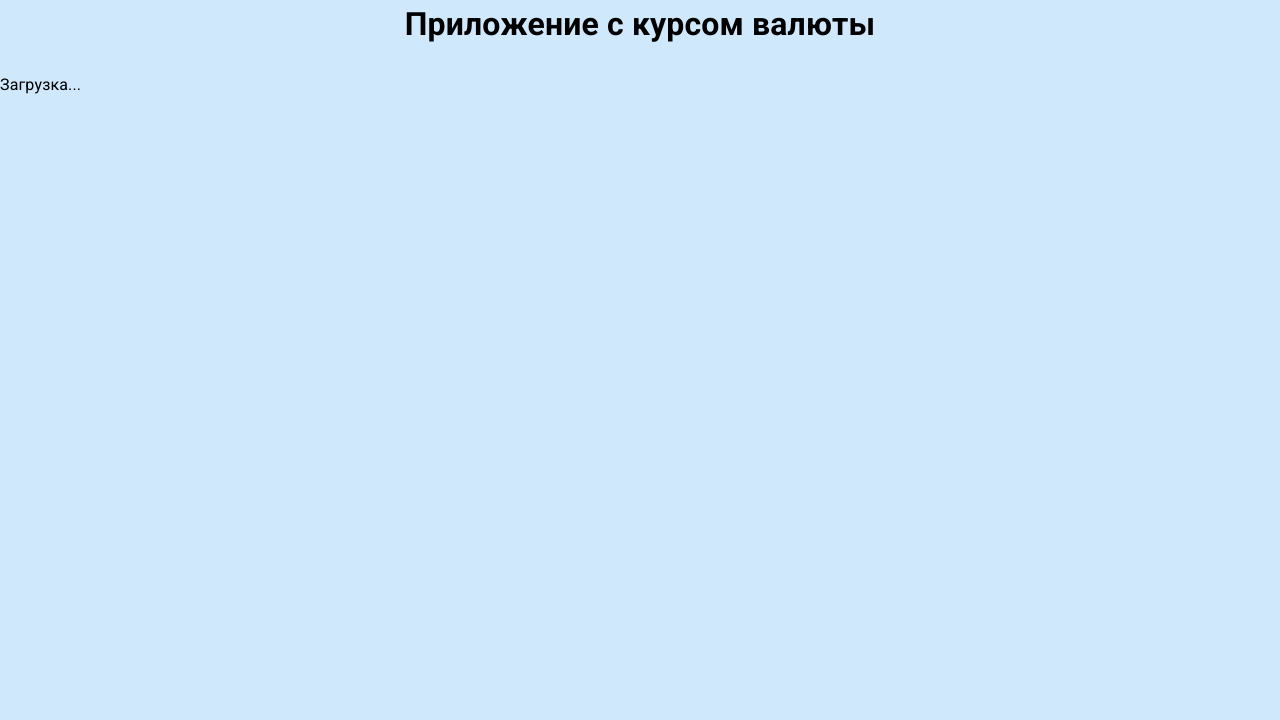
Repository: XaVi7777/mchs-test
Page: / (app in front-end/)
The author's editor kept a copy of each file at every save. The page is drawn from the files as they stood at one save, then again after the next save.
The browser window is 1280 px wide. The pictures show the whole page.
The page's requests for data from a server got no answer. The project was rebuilt for these pictures with package versions that can differ from the ones it lists, and the page was loaded fresh each time. No one was signed in, and anything a server would have sent is missing.

Above is the page before, as saved 2020-08-13 20:05:01.

After the next save:
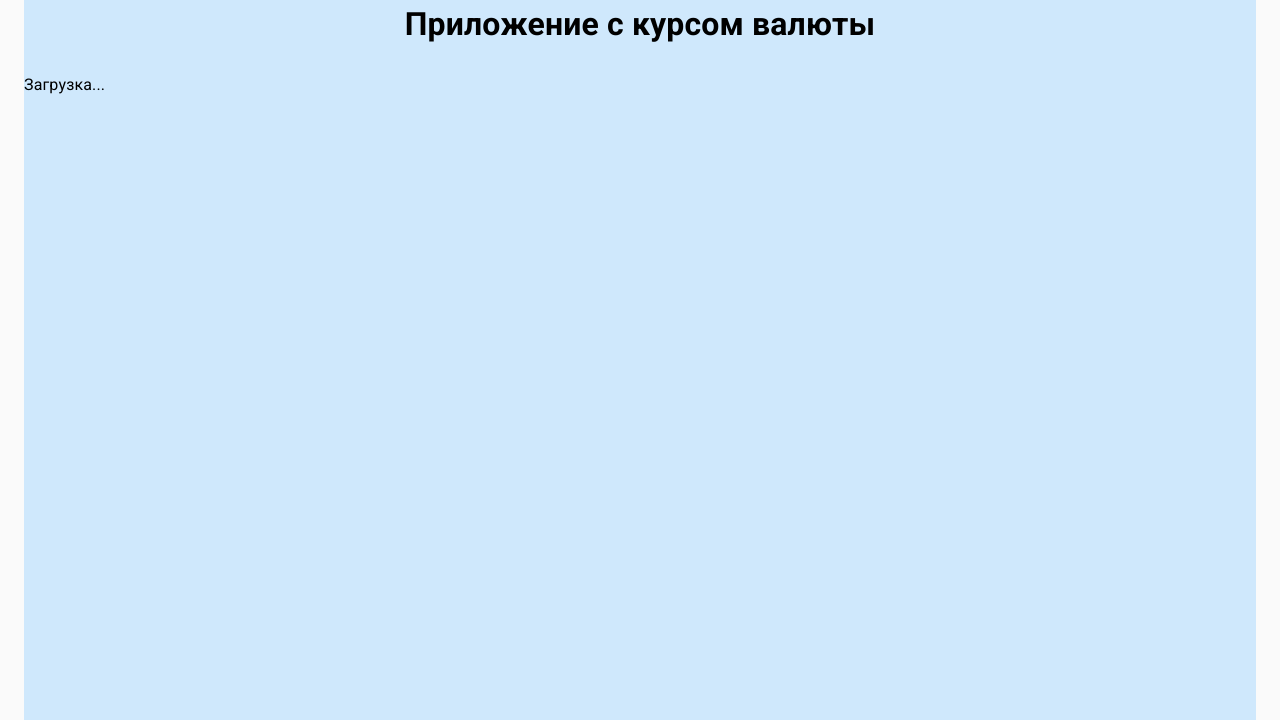
Saved 16 s later.
--- a/front-end/src/App.js
+++ b/front-end/src/App.js
@@ -22,7 +22,7 @@
         <Container
           className={classes.container}
           maxWidth={false}
-          disableGutters={true}
+          // disableGutters={true}
         >
 
           <Typography

After the save that followed:
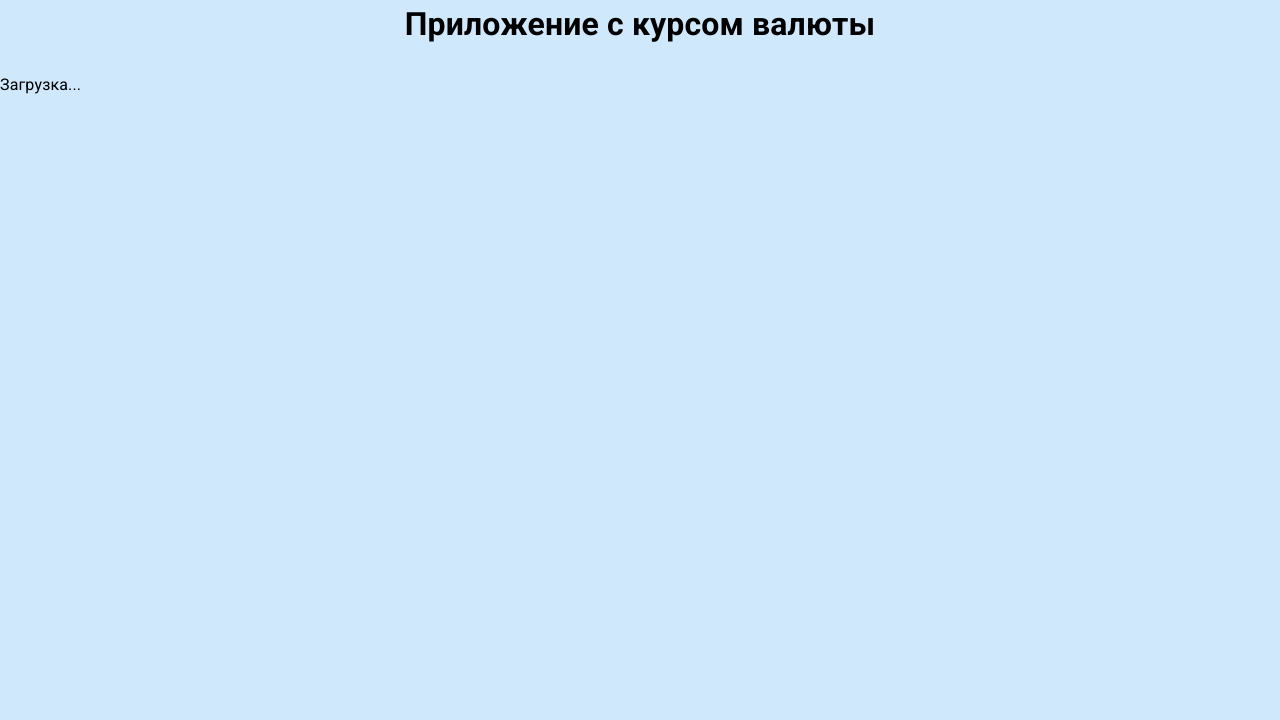
Saved 5 s later.
--- a/front-end/src/App.js
+++ b/front-end/src/App.js
@@ -22,7 +22,7 @@
         <Container
           className={classes.container}
           maxWidth={false}
-          // disableGutters={true}
+          disableGutters={true}
         >
 
           <Typography
